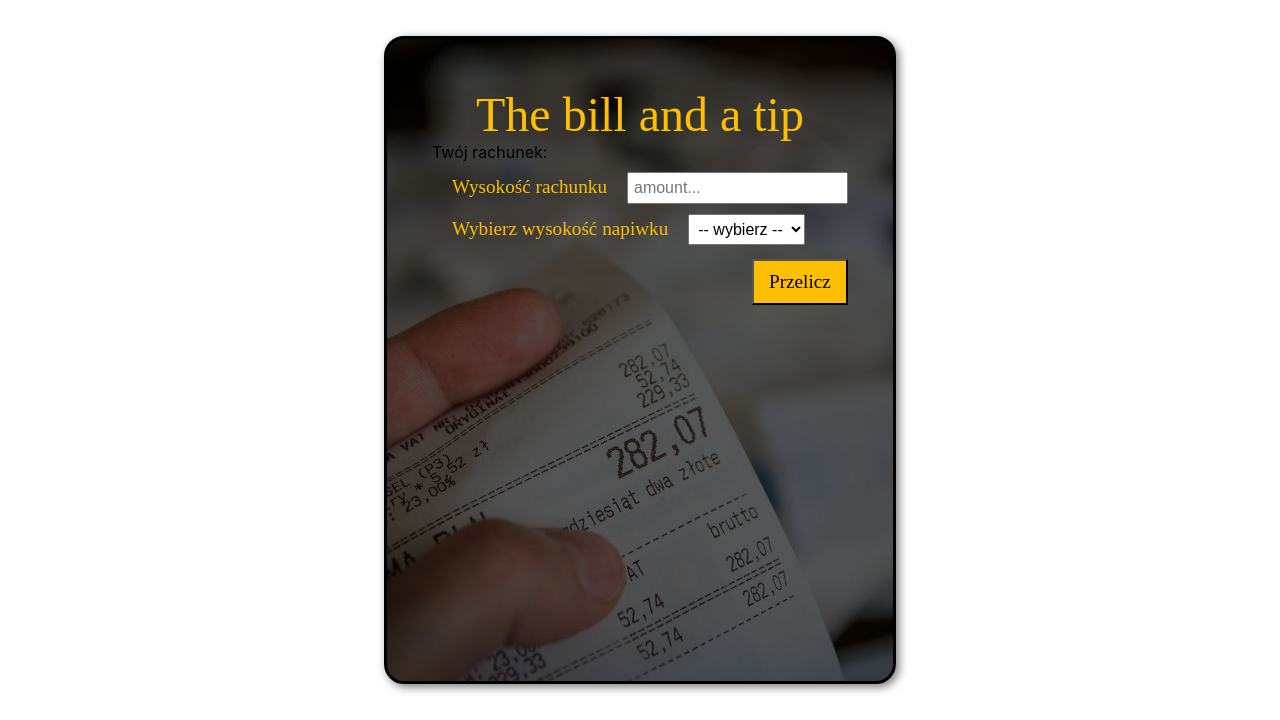
Repository: KrzysKolo/sr_tydzien4_zad1
Page: /
An editor plug-in stored every save of this project. The page is shown before and after the next save, followed by the edit.
The browser window is 1280 px wide. The pictures show the whole page.
Some web fonts or font styles are not loaded; a fallback is used. The project was rebuilt for these pictures with package versions that can differ from the ones it lists, and the page was loaded fresh each time.

Above is the page before, as saved 2020-11-06 10:50:56.

### public/index.html
<!DOCTYPE html>
<html lang="en">
  <head>
    <meta charset="utf-8" />
    <link rel="icon" href="%PUBLIC_URL%/favicon.ico" />
    <meta name="viewport" content="width=device-width, initial-scale=1" />
    <meta name="theme-color" content="#000000" />
    <meta
      name="description"
      content="Web site created using create-react-app"
    />
    <link rel="apple-touch-icon" href="%PUBLIC_URL%/logo192.png" />
    <!--
      manifest.json provides metadata used when your web app is installed on a
      user's mobile device or desktop. See https://developers.google.com/web/fundamentals/web-app-manifest/
    -->
    <link rel="manifest" href="%PUBLIC_URL%/manifest.json" />
    <!--
      Notice the use of %PUBLIC_URL% in the tags above.
      It will be replaced with the URL of the `public` folder during the build.
      Only files inside the `public` folder can be referenced from the HTML.

      Unlike "/favicon.ico" or "favicon.ico", "%PUBLIC_URL%/favicon.ico" will
      work correctly both with client-side routing and a non-root public URL.
      Learn how to configure a non-root public URL by running `npm run build`.
    -->
    <link href="https://fonts.googleapis.com/css2?family=Calligraffitti&family=Shadows+Into+Light+Two&family=Skranji&display=swap" rel="stylesheet">
    <title>Bill and tip</title>
  </head>
  <body>
    <noscript>You need to enable JavaScript to run this app.</noscript>
    <div id="root"></div>
    <!--
      This HTML file is a template.
      If you open it directly in the browser, you will see an empty page.

      You can add webfonts, meta tags, or analytics to this file.
      The build step will place the bundled scripts into the <body> tag.

      To begin the development, run `npm start` or `yarn start`.
      To create a production bundle, use `npm run build` or `yarn build`.
    -->
  </body>
</html>

### src/App.js
import './App.css';
import BillCard from './components/BillCard';
const App = () => {
  return (
    <div>
      <BillCard/>
    </div>
   );
}

export default App;

### src/components/BillCard.js
import React, { Component } from 'react';
import HeaderCard from './HeaderCard';
import SectionCard from './SectionCard';
import './BillCard.css';
class BillCard extends Component {
    state = {  }
    render() {
        return (
            <div className="billCard__wrapper">
                <HeaderCard/>
                <SectionCard />
            </div>
         );
    }
}

export default BillCard;

### src/components/HeaderCard.js
import React from 'react';
const HeaderCard = () => {
    return (
        <div className="billCard__header">
            The bill and a tip
        </div>
     );
}

export default HeaderCard;

### src/components/SectionCard.js
import React, { Component } from 'react';
class SectionCard extends Component {
    state = {  }
    render() {
        return (
            <section>
                <p>Twój rachunek: </p>
                <form>
                    <label className="label__BillCard" for="form__input-amount">Wysokość rachunku</label>
                    <input className="form__items" type="text" id="form__input-amount" name="amount" placeholder="amount..." /><br/>
                    <label className="label__BillCard" for="form__select">Wybierz wysokość napiwku</label>
                    <select className="form__items" name="tip" id="cars">
                        <option value="">-- wybierz --</option>
                        <option value="5">5%</option>
                        <option value="10">10%</option>
                        <option value="15">15%</option>
                        <option value="20">20%</option>
                    </select> <br />
                    <button className="btn__BillCard" type="submit">Przelicz</button>
                </form>
            </section>
         );
    }
}

export default SectionCard;

### src/components/BillCard.css
.billCard__wrapper {
  width: 40vw;
  height: 90vh;
  background: url("./../image/bill.jpg");
  background-size: cover;
  border: 3px solid black;
  border-radius: 20px;
  box-shadow: 3px 3px 10px #7a7a7a;
  display: flex;
  flex-direction: column;
  align-items: center;
  margin: 5vh auto;
}
.billCard__header {
  font-family: "Skranji", cursive;
  font-size: 3rem;
  color: rgb(253, 191, 0);
  margin-top: 3rem;
}
.label__BillCard {
  font-family: "Shadows Into Light Two", cursive;
  font-size: 1.2rem;
  color: rgb(253, 191, 0);
  padding: 20px;
}
.form__items {
  font-size: 1rem;
  padding: 5px;
  margin-top: 10px;
}
.btn__BillCard {
  font-family: "Shadows Into Light Two", cursive;
  font-size: 1.2rem;
  background-color: rgb(253, 191, 0);
  margin: 2vh auto 2vh 25vw;
  padding: 10px 15px;
  transition: all ease-in-out 0.6s;
}

Loaded but not shown: src/index.js (common file); src/index.css (common file); src/App.css (common file)

After the next save:
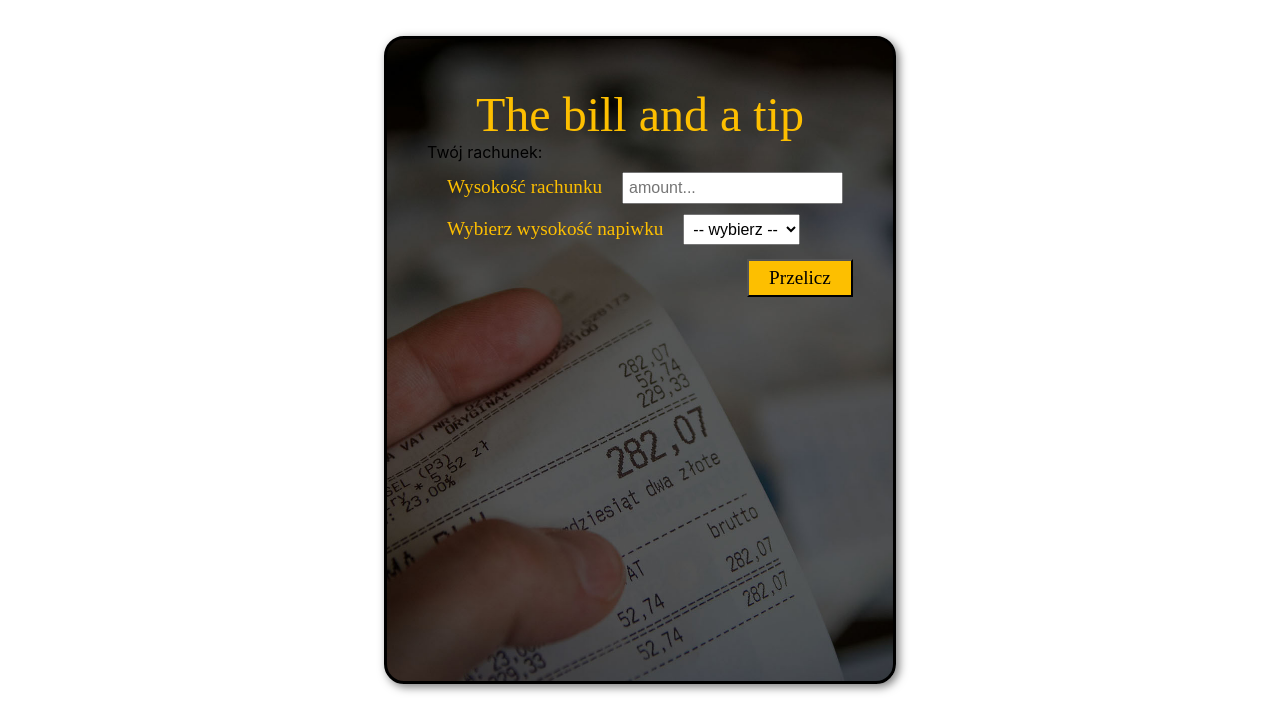
Saved 23 s later.
--- a/src/components/BillCard.css
+++ b/src/components/BillCard.css
@@ -33,6 +33,6 @@
   font-size: 1.2rem;
   background-color: rgb(253, 191, 0);
   margin: 2vh auto 2vh 25vw;
-  padding: 10px 15px;
+  padding: 6px 20px;
   transition: all ease-in-out 0.6s;
 }
